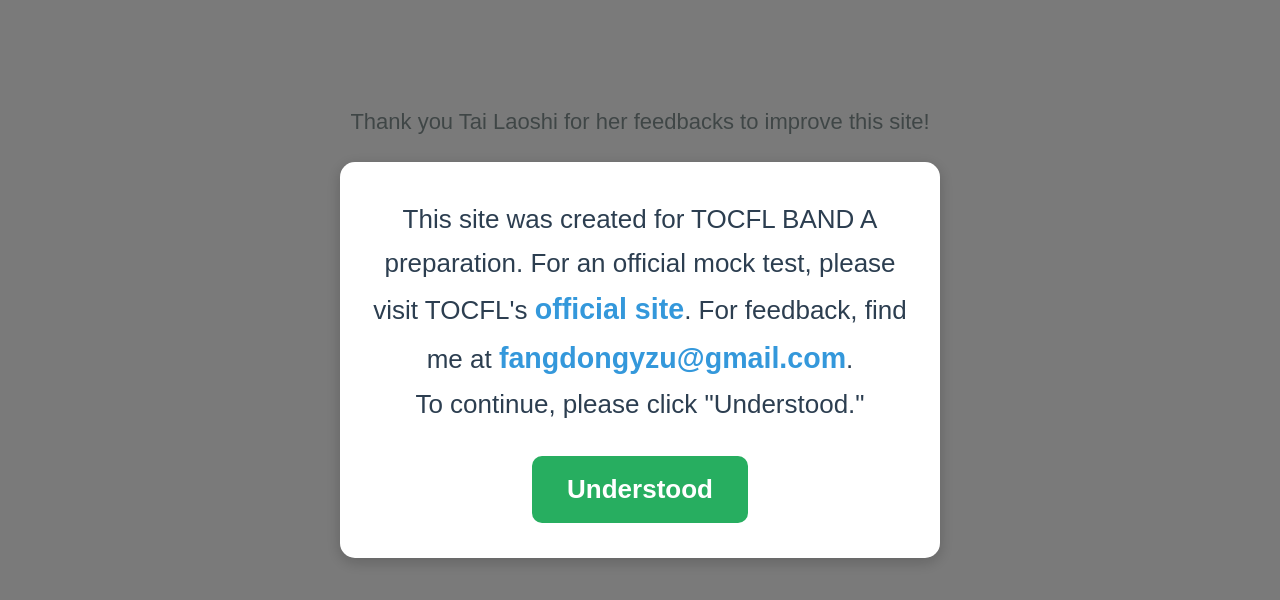
Repository: fangdongyzu/tocflmock
Page: index.html
The author's editor kept a copy of each file at every save. The page is drawn from the files as they stood at one save, then again after a run of saves.
The browser window is 1280 px wide. The pictures show the whole page.

Above is the page before, as saved 2025-12-23 16:53:37.

After the next 2 saves:
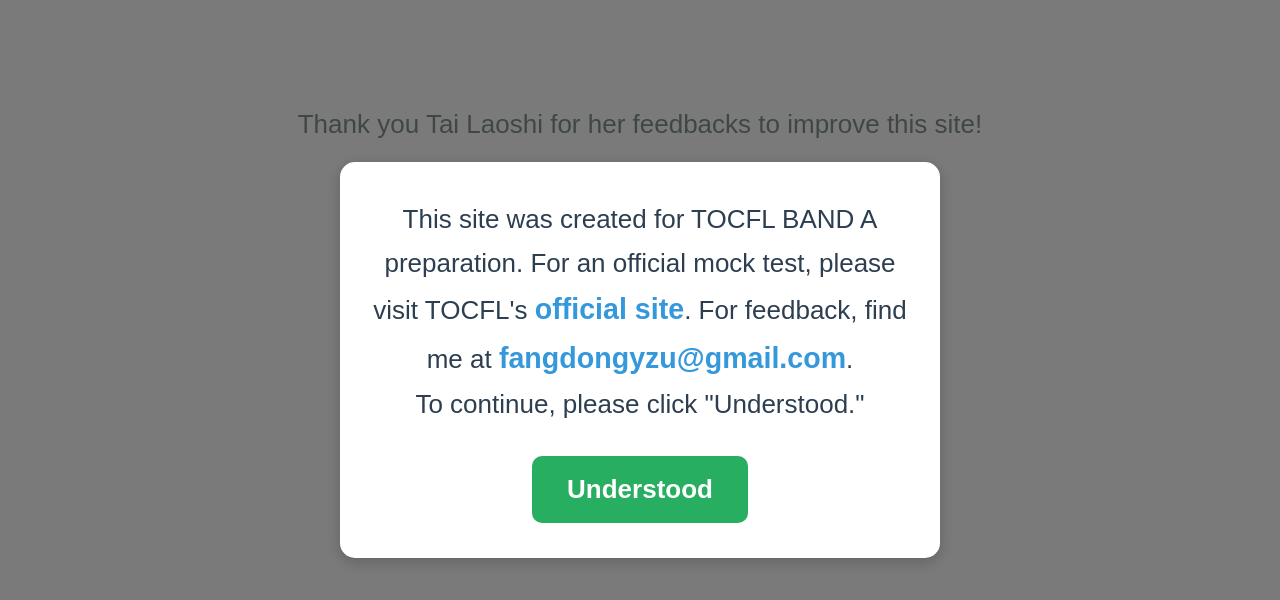
The 2 saves are shown as one change because they came seconds apart.
The last was saved 18 s later.
--- a/styles.css
+++ b/styles.css
@@ -473,7 +473,7 @@
 
 footer p {
     color: #7f8c8d;        /* Matches your header subtitle color */
-    font-size: 1.1em;      /* Slightly smaller than main text for hierarchy */
+    font-size: 1.3em;      /* Slightly smaller than main text for hierarchy */
     font-weight: 500;
     line-height: 1.5;
 }
